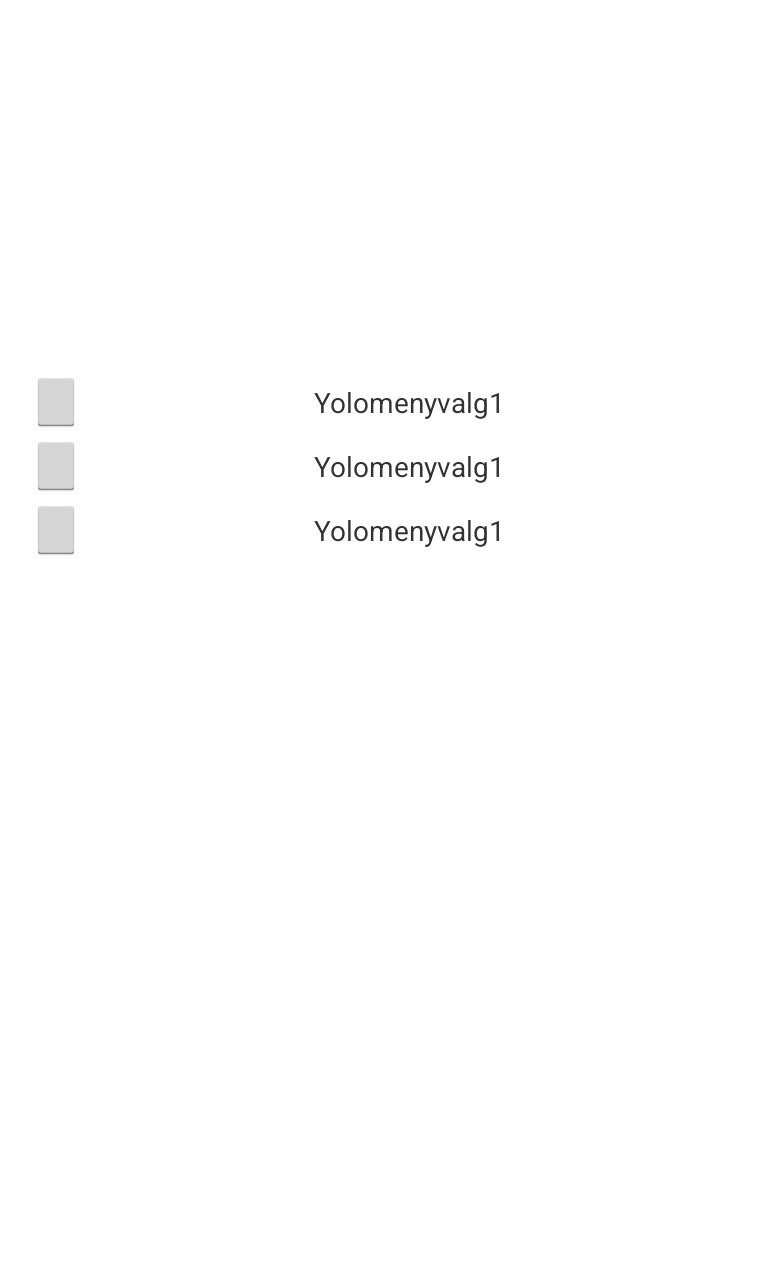
Repository: pumalove/workspace
Layout: MainActivity/res/layout/gridview.xml
These files come from the project's save history. The layout is drawn as it stood at one moment and after the next save; the edit follows.
It is drawn on a 768 x 1280 px phone screen (xhdpi) without system bars, with theme AppTheme; the app's code is not run. Lists and similar views that code fills are empty.

Above is the layout before, as saved 2014-03-17 11:52:41.

After the next save:
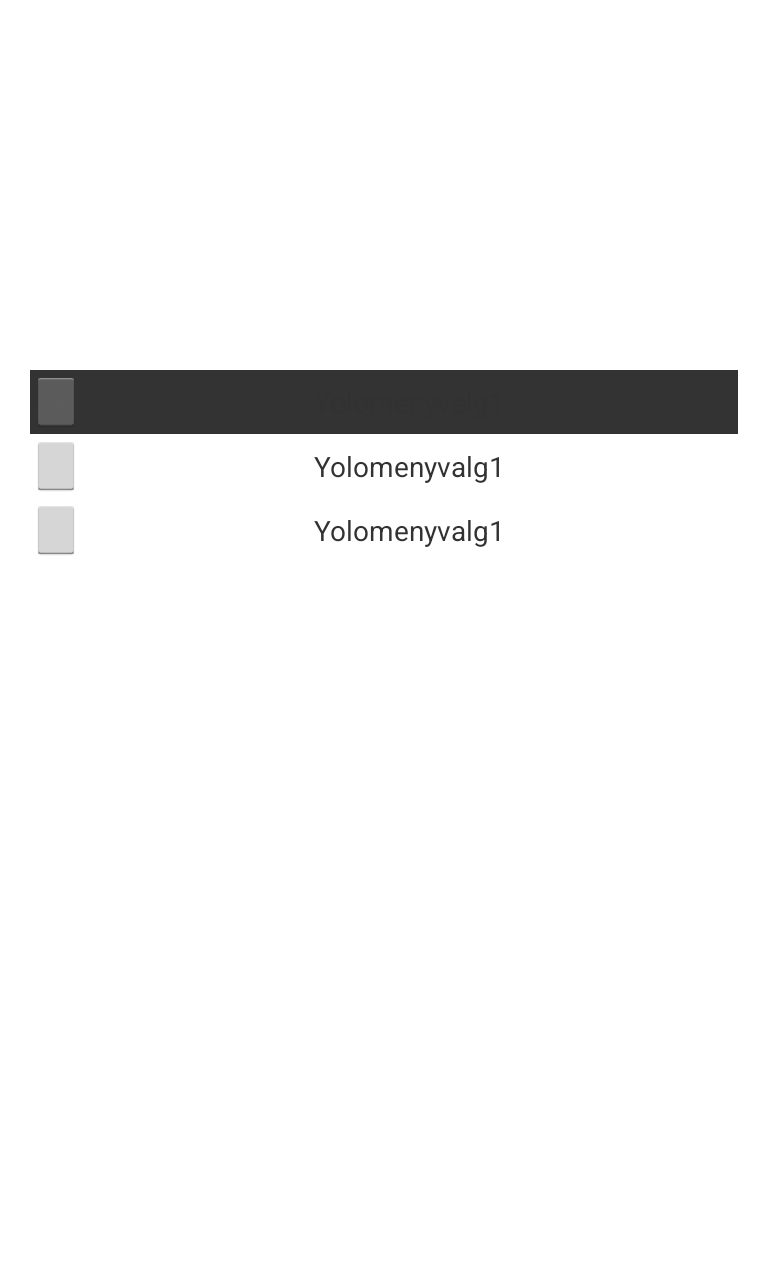
Saved 3 min 15 s later.
--- a/MainActivity/res/layout/gridview.xml
+++ b/MainActivity/res/layout/gridview.xml
@@ -38,6 +38,7 @@
             android:layout_height="wrap_content"
             android:orientation="horizontal"
             android:clickable="true"
+            android:background="#333333"
             >
 
 
